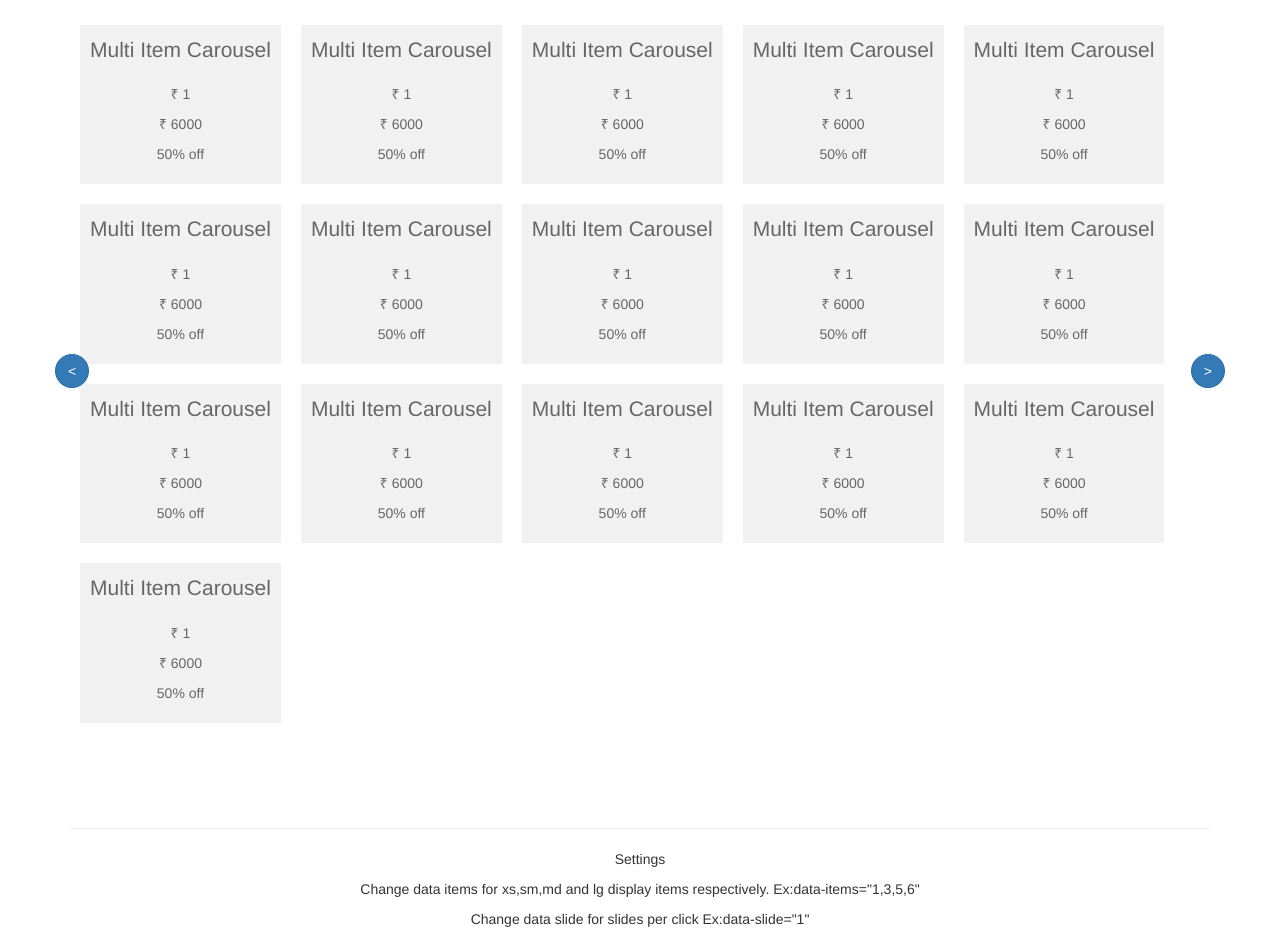
Repository: isranivishal/TsecCodestorm
Page: slider.html
The author's editor kept a copy of each file at every save. The page is drawn from the files as they stood at one save, then again after the next save.
The browser window is 1280 px wide. The pictures show the whole page.
Some web libraries are served in a nearby version.

Above is the page before, as saved 2018-09-21 17:12:11.

### slider.html
<!Doctype HTML>
<html>
    <head>
            <link rel="stylesheet" href="https://maxcdn.bootstrapcdn.com/bootstrap/3.3.7/css/bootstrap.min.css">
            <script src="https://ajax.googleapis.com/ajax/libs/jquery/3.3.1/jquery.min.js"></script>
            <script src="https://maxcdn.bootstrapcdn.com/bootstrap/3.3.7/js/bootstrap.min.js"></script>
            <link rel="stylesheet" href="https://cdnjs.cloudflare.com/ajax/libs/animate.css/3.5.2/animate.min.css">
            <link href="//maxcdn.bootstrapcdn.com/bootstrap/3.3.0/css/bootstrap.min.css" rel="stylesheet" id="bootstrap-css">
            <script src="//maxcdn.bootstrapcdn.com/bootstrap/3.3.0/js/bootstrap.min.js"></script>
            <script src="//code.jquery.com/jquery-1.11.1.min.js"></script>


            <style>
                .MultiCarousel { float: left; overflow: hidden; padding: 15px; width: 100%; position:relative; }
    .MultiCarousel .MultiCarousel-inner { transition: 1s ease all; float: left; }
        .MultiCarousel .MultiCarousel-inner .item { float: left;}
        .MultiCarousel .MultiCarousel-inner .item > div { text-align: center; padding:10px; margin:10px; background:#f1f1f1; color:#666;}
    .MultiCarousel .leftLst, .MultiCarousel .rightLst { position:absolute; border-radius:50%;top:calc(50% - 20px); }
    .MultiCarousel .leftLst { left:0; }
    .MultiCarousel .rightLst { right:0; }

        .MultiCarousel .leftLst.over, .MultiCarousel .rightLst.over { pointer-events: none; background:#ccc; }
            </style>


        <script>

        </script>
    </head>

    <body>

            <div class="container">
                    <div class="row">
                        <div class="MultiCarousel" data-items="1,3,5,6" data-slide="1" id="MultiCarousel"  data-interval="1000">
                            <div class="MultiCarousel-inner">
                                <div class="item">
                                    <div class="pad15">
                                        <p class="lead">Multi Item Carousel</p>
                                        <p>₹ 1</p>
                                        <p>₹ 6000</p>
                                        <p>50% off</p>
                                    </div>
                                </div>
                                <div class="item">
                                    <div class="pad15">
                                        <p class="lead">Multi Item Carousel</p>
                                        <p>₹ 1</p>
                                        <p>₹ 6000</p>
                                        <p>50% off</p>
                                    </div>
                                </div>
                                <div class="item">
                                    <div class="pad15">
                                        <p class="lead">Multi Item Carousel</p>
                                        <p>₹ 1</p>
                                        <p>₹ 6000</p>
                                        <p>50% off</p>
                                    </div>
                                </div>
                                <div class="item">
                                    <div class="pad15">
                                        <p class="lead">Multi Item Carousel</p>
                                        <p>₹ 1</p>
                                        <p>₹ 6000</p>
                                        <p>50% off</p>
                                    </div>
                                </div>
                                <div class="item">
                                    <div class="pad15">
                                        <p class="lead">Multi Item Carousel</p>
                                        <p>₹ 1</p>
                                        <p>₹ 6000</p>
                                        <p>50% off</p>
                                    </div>
                                </div>
                                <div class="item">
                                    <div class="pad15">
                                        <p class="lead">Multi Item Carousel</p>
                                        <p>₹ 1</p>
                                        <p>₹ 6000</p>
                                        <p>50% off</p>
                                    </div>
                                </div>
                                <div class="item">
                                    <div class="pad15">
                                        <p class="lead">Multi Item Carousel</p>
                                        <p>₹ 1</p>
                                        <p>₹ 6000</p>
                                        <p>50% off</p>
                                    </div>
                                </div>
                                <div class="item">
                                    <div class="pad15">
                                        <p class="lead">Multi Item Carousel</p>
                                        <p>₹ 1</p>
                                        <p>₹ 6000</p>
                                        <p>50% off</p>
                                    </div>
                                </div>
                                <div class="item">
                                    <div class="pad15">
                                        <p class="lead">Multi Item Carousel</p>
                                        <p>₹ 1</p>
                                        <p>₹ 6000</p>
                                        <p>50% off</p>
                                    </div>
                                </div>
                                <div class="item">
                                    <div class="pad15">
                                        <p class="lead">Multi Item Carousel</p>
                                        <p>₹ 1</p>
                                        <p>₹ 6000</p>
                                        <p>50% off</p>
                                    </div>
                                </div>
                                <div class="item">
                                    <div class="pad15">
                                        <p class="lead">Multi Item Carousel</p>
                                        <p>₹ 1</p>
                                        <p>₹ 6000</p>
                                        <p>50% off</p>
                                    </div>
                                </div>
                                <div class="item">
                                    <div class="pad15">
                                        <p class="lead">Multi Item Carousel</p>
                                        <p>₹ 1</p>
                                        <p>₹ 6000</p>
                                        <p>50% off</p>
                                    </div>
                                </div>
                                <div class="item">
                                    <div class="pad15">
                                        <p class="lead">Multi Item Carousel</p>
                                        <p>₹ 1</p>
                                        <p>₹ 6000</p>
                                        <p>50% off</p>
                                    </div>
                                </div>
                                <div class="item">
                                    <div class="pad15">
                                        <p class="lead">Multi Item Carousel</p>
                                        <p>₹ 1</p>
                                        <p>₹ 6000</p>
                                        <p>50% off</p>
                                    </div>
                                </div>
                                <div class="item">
                                    <div class="pad15">
                                        <p class="lead">Multi Item Carousel</p>
                                        <p>₹ 1</p>
                                        <p>₹ 6000</p>
                                        <p>50% off</p>
                                    </div>
                                </div>
                                <div class="item">
                                    <div class="pad15">
                                        <p class="lead">Multi Item Carousel</p>
                                        <p>₹ 1</p>
                                        <p>₹ 6000</p>
                                        <p>50% off</p>
                                    </div>
                                </div>
                            </div>
                            <button class="btn btn-primary leftLst"><</button>
                            <button class="btn btn-primary rightLst">></button>
                        </div>
                    </div>
                    <div class="row">
                        <div class="col-md-12 text-center">
                            <br/><br/><br/>
                            <hr/>
                            <p>Settings</p>
                            <p>Change data items for xs,sm,md and lg display items respectively. Ex:data-items="1,3,5,6"</p>
                            <p>Change data slide for slides per click Ex:data-slide="1"</p>
                        </div>
                    </div>
                </div>
    </body>
</html>

After the next save:
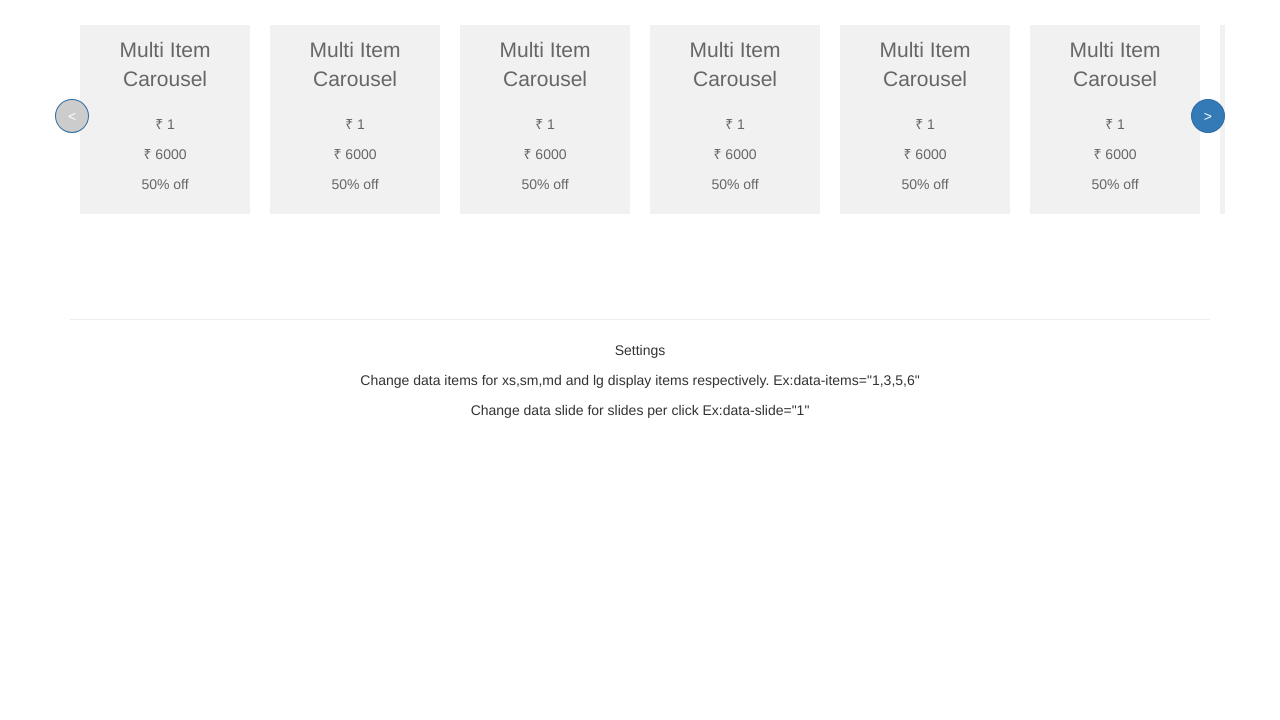
Saved 17 s later.
--- a/slider.html
+++ b/slider.html
@@ -24,7 +24,112 @@
 
 
         <script>
-
+            $(document).ready(function () {
+    var itemsMainDiv = ('.MultiCarousel');
+    var itemsDiv = ('.MultiCarousel-inner');
+    var itemWidth = "";
+
+    $('.leftLst, .rightLst').click(function () {
+        var condition = $(this).hasClass("leftLst");
+        if (condition)
+            click(0, this);
+        else
+            click(1, this)
+    });
+
+    ResCarouselSize();
+
+
+
+
+    $(window).resize(function () {
+        ResCarouselSize();
+    });
+
+    //this function define the size of the items
+    function ResCarouselSize() {
+        var incno = 0;
+        var dataItems = ("data-items");
+        var itemClass = ('.item');
+        var id = 0;
+        var btnParentSb = '';
+        var itemsSplit = '';
+        var sampwidth = $(itemsMainDiv).width();
+        var bodyWidth = $('body').width();
+        $(itemsDiv).each(function () {
+            id = id + 1;
+            var itemNumbers = $(this).find(itemClass).length;
+            btnParentSb = $(this).parent().attr(dataItems);
+            itemsSplit = btnParentSb.split(',');
+            $(this).parent().attr("id", "MultiCarousel" + id);
+
+
+            if (bodyWidth >= 1200) {
+                incno = itemsSplit[3];
+                itemWidth = sampwidth / incno;
+            }
+            else if (bodyWidth >= 992) {
+                incno = itemsSplit[2];
+                itemWidth = sampwidth / incno;
+            }
+            else if (bodyWidth >= 768) {
+                incno = itemsSplit[1];
+                itemWidth = sampwidth / incno;
+            }
+            else {
+                incno = itemsSplit[0];
+                itemWidth = sampwidth / incno;
+            }
+            $(this).css({ 'transform': 'translateX(0px)', 'width': itemWidth * itemNumbers });
+            $(this).find(itemClass).each(function () {
+                $(this).outerWidth(itemWidth);
+            });
+
+            $(".leftLst").addClass("over");
+            $(".rightLst").removeClass("over");
+
+        });
+    }
+
+
+    //this function used to move the items
+    function ResCarousel(e, el, s) {
+        var leftBtn = ('.leftLst');
+        var rightBtn = ('.rightLst');
+        var translateXval = '';
+        var divStyle = $(el + ' ' + itemsDiv).css('transform');
+        var values = divStyle.match(/-?[\d\.]+/g);
+        var xds = Math.abs(values[4]);
+        if (e == 0) {
+            translateXval = parseInt(xds) - parseInt(itemWidth * s);
+            $(el + ' ' + rightBtn).removeClass("over");
+
+            if (translateXval <= itemWidth / 2) {
+                translateXval = 0;
+                $(el + ' ' + leftBtn).addClass("over");
+            }
+        }
+        else if (e == 1) {
+            var itemsCondition = $(el).find(itemsDiv).width() - $(el).width();
+            translateXval = parseInt(xds) + parseInt(itemWidth * s);
+            $(el + ' ' + leftBtn).removeClass("over");
+
+            if (translateXval >= itemsCondition - itemWidth / 2) {
+                translateXval = itemsCondition;
+                $(el + ' ' + rightBtn).addClass("over");
+            }
+        }
+        $(el + ' ' + itemsDiv).css('transform', 'translateX(' + -translateXval + 'px)');
+    }
+
+    //It is used to get some elements from btn
+    function click(ell, ee) {
+        var Parent = "#" + $(ee).parent().attr("id");
+        var slide = $(Parent).attr("data-slide");
+        ResCarousel(ell, Parent, slide);
+    }
+
+});
         </script>
     </head>
 
